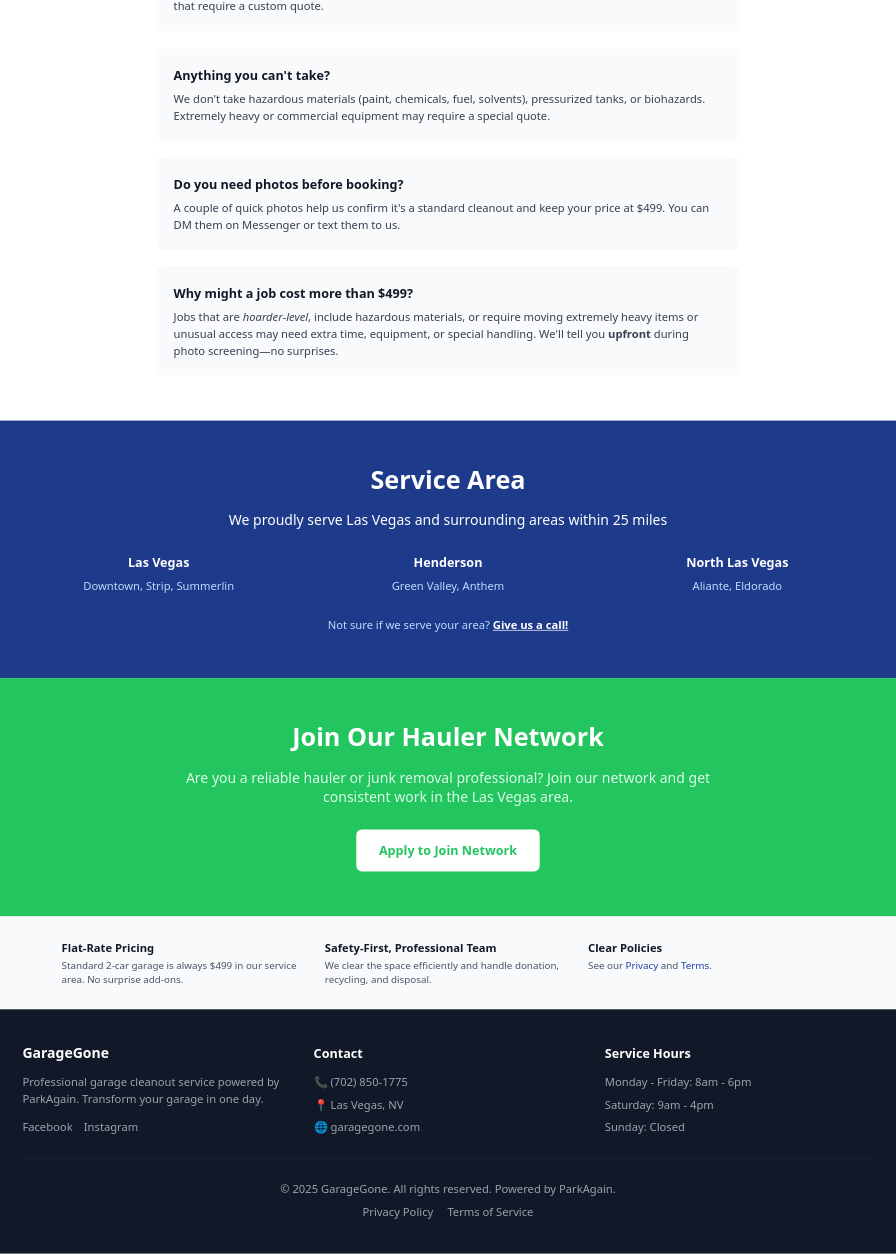
Repository: nikwhite1169/garagegone
Page: index.html
An editor plug-in stored every save of this project. The page is shown before and after the next save, followed by the edit.
The browser window is 1280 px wide. The pictures show the part of the page from y = 3437 to 5357 px (the page is 5228 px tall before and 5357 px after), at 70% of full size.
Some web libraries are served in a nearby version.

Above is the page before, as saved 2025-09-16 00:23:00.

After the next save:
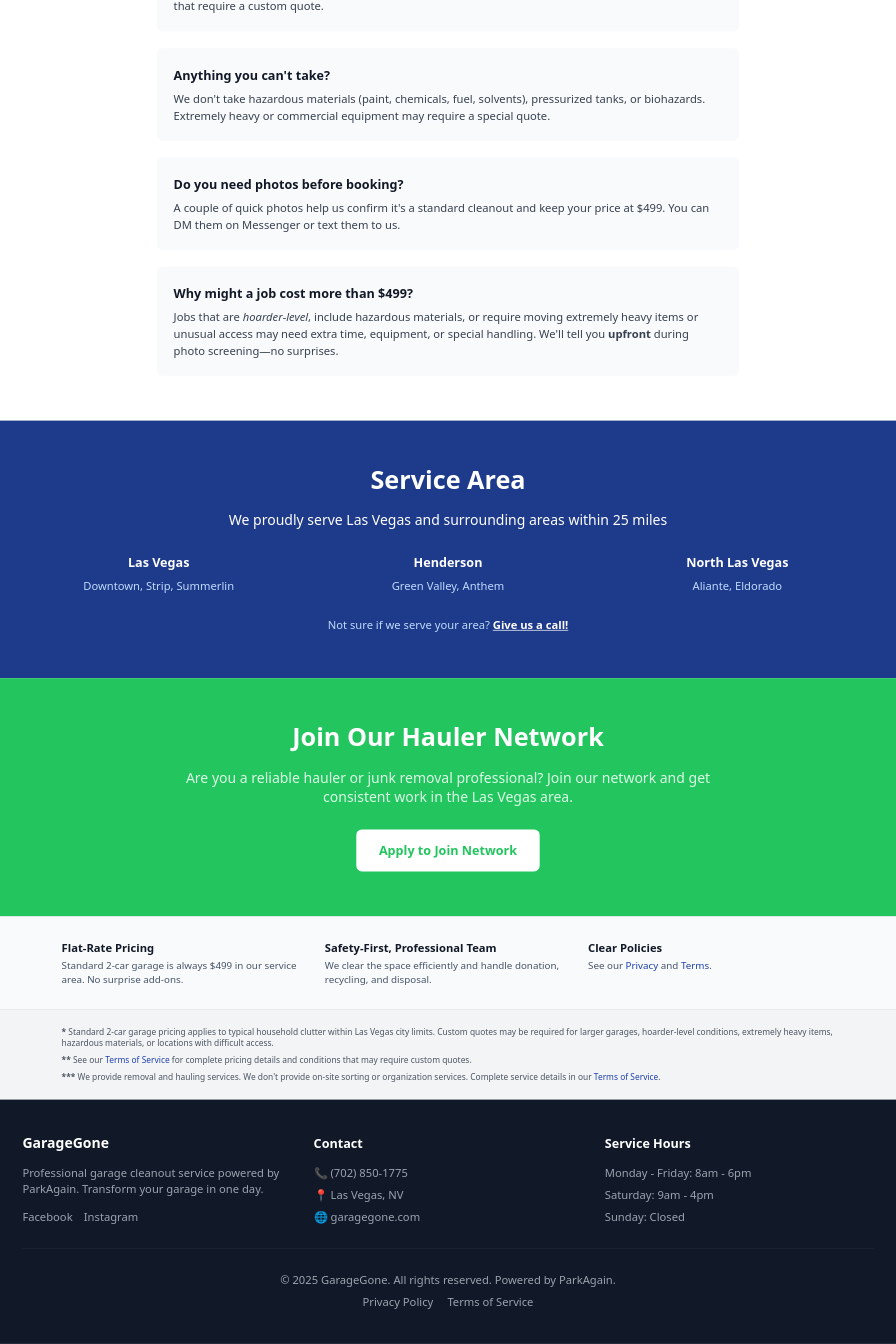
Saved 10 s later.
--- a/index.html
+++ b/index.html
@@ -400,6 +400,17 @@
       </div>
     </section>
 
+    <!-- Fine Print -->
+    <section class="bg-gray-100 border-t border-gray-200 py-6">
+      <div class="max-w-6xl mx-auto px-4 md:px-6">
+        <div class="text-xs text-gray-600 space-y-2">
+          <p><strong>*</strong> Standard 2-car garage pricing applies to typical household clutter within Las Vegas city limits. Custom quotes may be required for larger garages, hoarder-level conditions, extremely heavy items, hazardous materials, or locations with difficult access.</p>
+          <p><strong>**</strong> See our <a href="terms-of-service.html" class="text-blue-800 hover:underline">Terms of Service</a> for complete pricing details and conditions that may require custom quotes.</p>
+          <p><strong>***</strong> We provide removal and hauling services. We don't provide on-site sorting or organization services. Complete service details in our <a href="terms-of-service.html" class="text-blue-800 hover:underline">Terms of Service</a>.</p>
+        </div>
+      </div>
+    </section>
+
     <!-- Footer -->
     <footer class="bg-gray-900 text-white py-12">
         <div class="max-w-7xl mx-auto px-4 sm:px-6 lg:px-8">
